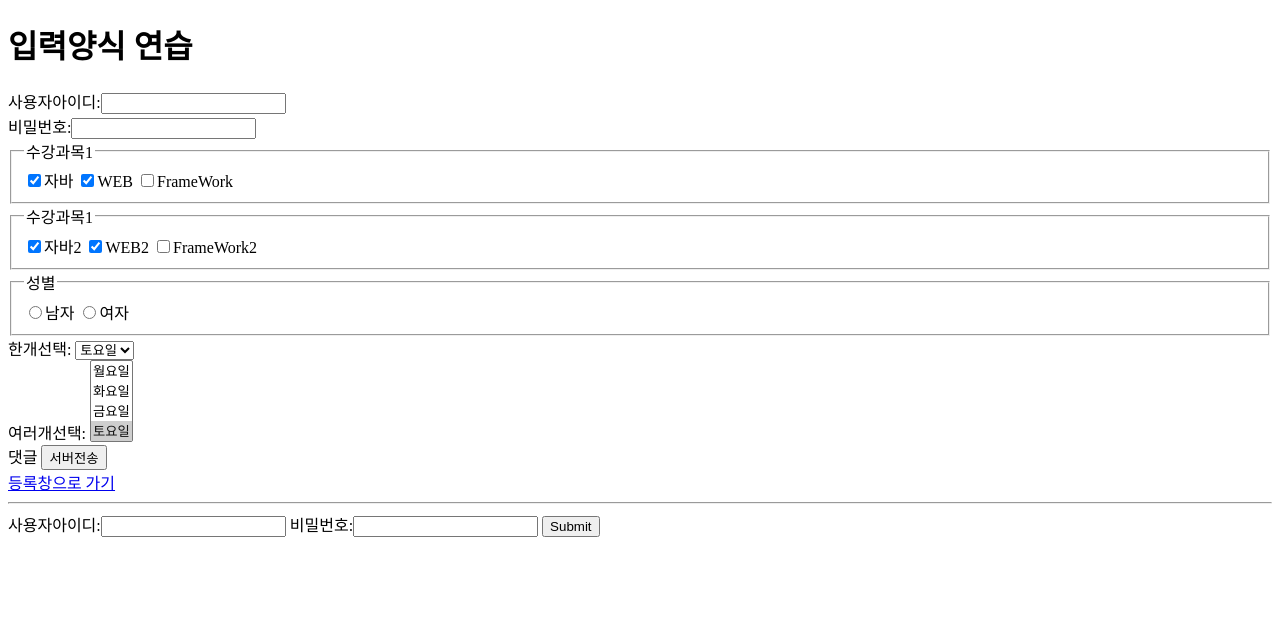
Repository: 753kg/753kg.github.io
Page: KOSTA/webProject/WebContent/00day2/inputSample1.html
These files come from the project's save history. The page is drawn as it stood at one moment and after the next save; the edit follows.
The browser window is 1280 px wide. The pictures show the whole page.

Above is the page before, as saved 2021-03-30 01:25:39.

### KOSTA/webProject/WebContent/00day2/inputSample1.html
<!DOCTYPE html>
<html>
<head>
<meta charset="UTF-8">
<title>Insert title here</title>
</head>
<body>
<h1>입력양식 연습</h1>
<!-- form에 감싸져 있어야만 서버로 submit이 됨 -->
<form action="register.jsp" method="get" enctype="application/x-www-form-urlencoded">
	사용자아이디:<input type="text" name="userid"><br>
	비밀번호:<input type="password" name="userpass"><br>
	<!-- check box : 서로 독립적
		radio box : 서로 배타적 -->
	<fieldset>
		<legend>수강과목1</legend>
		<input type="checkbox" name="subject" value="JAVA" checked="checked">자바
		<input type="checkbox" name="subject" value="WEB" checked>WEB
		<input type="checkbox" name="subject" value="Framework">FrameWork<br>
	</fieldset>

	<fieldset>
		<legend>수강과목1</legend>
		<input type="checkbox" name="subject2" value="JAVA2" checked="checked">자바2
		<input type="checkbox" name="subject2" value="WEB2" checked>WEB2
		<input type="checkbox" name="subject2" value="Framework2">FrameWork2<br>
	</fieldset>

	<fieldset>
		<legend>성별</legend>
		<input type="radio" name="gender" value="M">남자
		<input type="radio" name="gender" value="F">여자
	</fieldset>
	한개선택:
	<select name="week">
		<option>월요일</option>
		<option>화요일</option>
		<option value="friday">금요일</option>
		<option selected>토요일</option>
	</select><br>
	여러개선택:
	<select name="week2" multiple="multiple">
		<option>월요일</option>
		<option>화요일</option>
		<option value="friday">금요일</option>
		<option selected>토요일</option>
	</select><br>

	댓글

	<input type="submit" value="서버전송">
</form>

<a href="register.jsp?userid=jj">등록창으로 가기</a>

<!--
get 방식 : 주소창에 입력 정보(id, pw)가 서버로 전송되는 것이 보인다.
		 form 태그에 method="get" 또는 생략
		  주소창에 직접 입력해도 get방식
		 a 태그를 이용해서 href 속성으로 link거는 경우도 get방식
post 방식 : 주소창에 입력 정보가 서버로 전송되는 것이 안보인다. (숨긴다)
  		     요청문서의 body부분에 숨겨서 보낸다.
  		  form 태그에 method="post"
 -->

<hr>
<form action="register.jsp" method="post">
	사용자아이디:<input type="text" name="userid">
	비밀번호:<input type="password" name="userpass">
	<input type="submit">
</form>
</body>
</html>

After the next save:
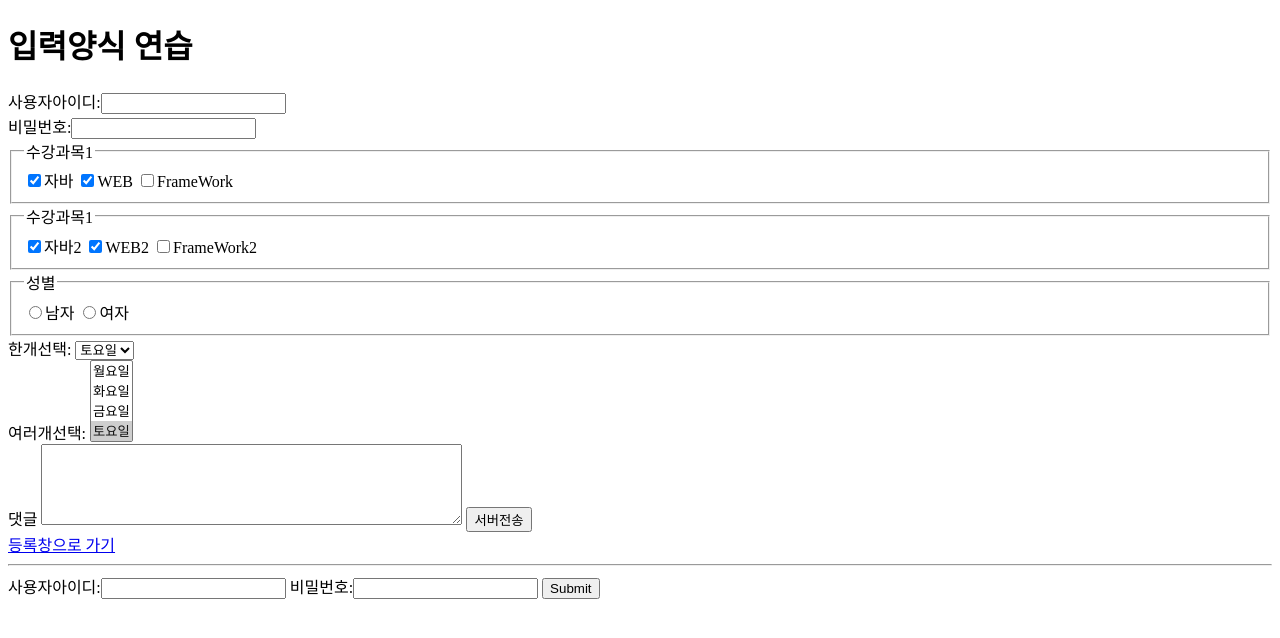
Saved 59 s later.
--- a/KOSTA/webProject/WebContent/00day2/inputSample1.html
+++ b/KOSTA/webProject/WebContent/00day2/inputSample1.html
@@ -47,6 +47,7 @@
 	</select><br>
 
 	댓글
+	<textarea rows="5" cols="50"></textarea>
 
 	<input type="submit" value="서버전송">
 </form>
